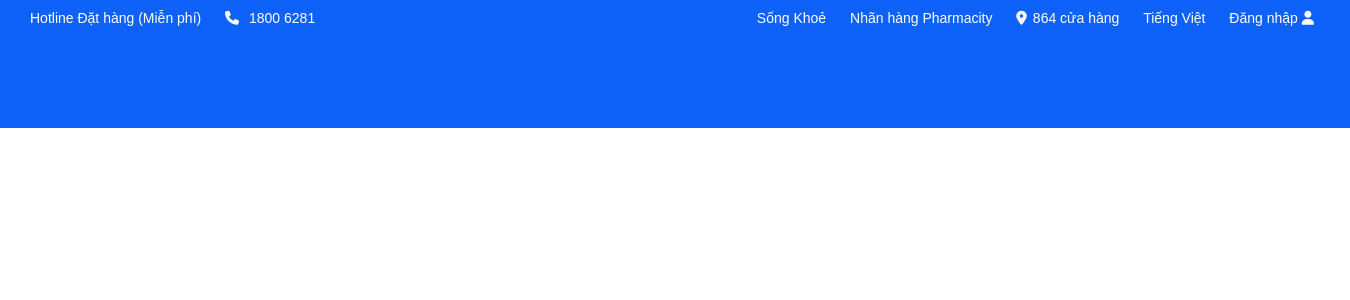
Repository: CGAnVil/case-module3-nhom6
Page: src/main/webapp/index.html
An editor plug-in stored every save of this project. The page is shown before and after the next save, followed by the edit.
The browser window is 1280 px wide. The page is 1350 px wide, so the pictures cover 1350 px, including what lies to the right of the window. The pictures show the whole page.

Above is the page before, as saved 2022-03-08 16:03:27.

After the next save:
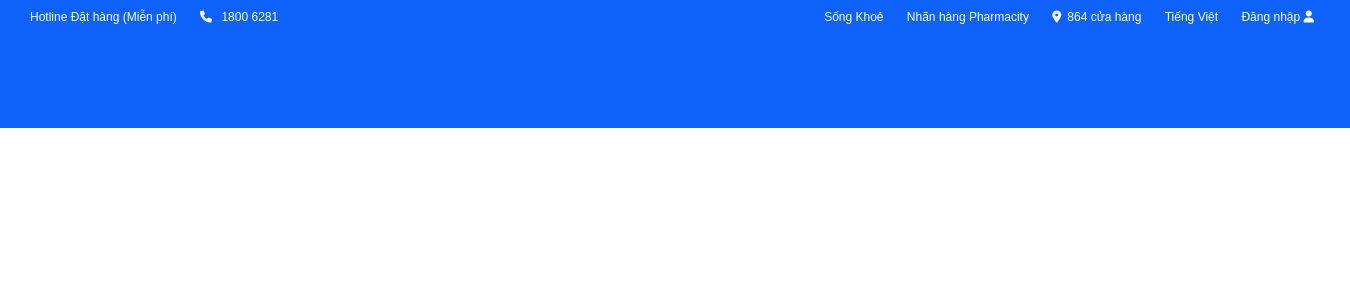
Saved 27 s later.
--- a/src/main/webapp/style.css
+++ b/src/main/webapp/style.css
@@ -16,7 +16,7 @@ a {
     background: #0f62f9;
     width: 1350px;
     height: 128px;
-    font-size: 14px;
+    font-size: 12px;
 }
 
 .header-top {
